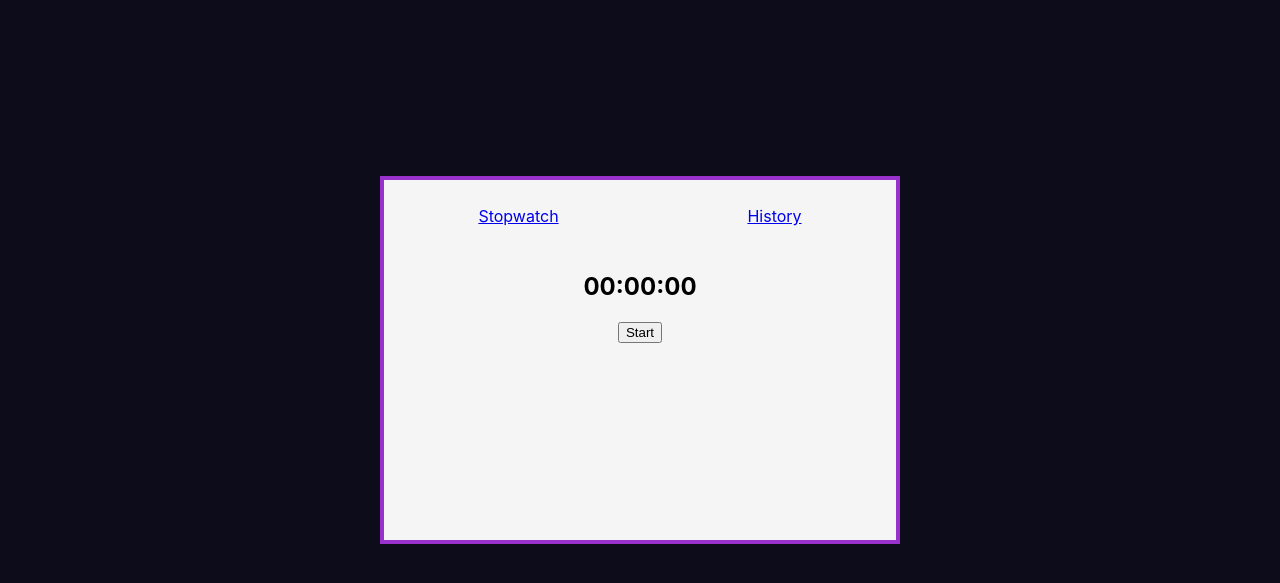
Repository: NicolasRSJ/fastdoubleclick
Page: /
The author's editor kept a copy of each file at every save. The page is drawn from the files as they stood at one save, then again after the next save.
The browser window is 1280 px wide. The pictures show the whole page.
The project was rebuilt for these pictures with package versions that can differ from the ones it lists, and the page was loaded fresh each time.

Above is the page before, as saved 2022-10-27 20:27:08.

After the next save:
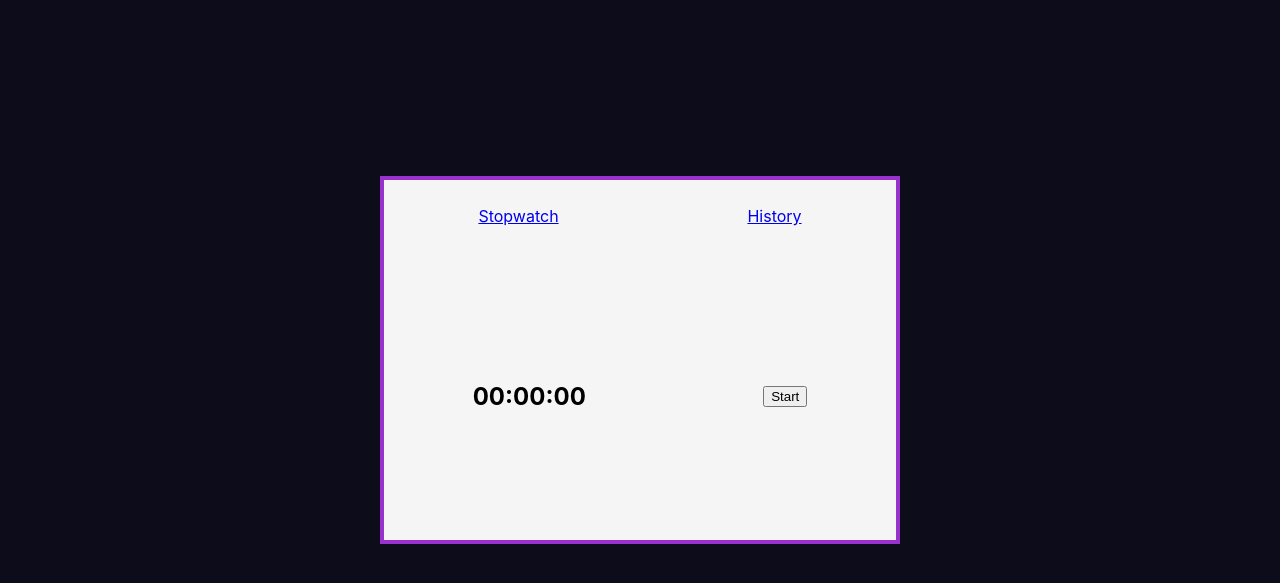
Saved 94 s later.
--- a/src/Views/Stopwatch/Index.css
+++ b/src/Views/Stopwatch/Index.css
@@ -14,3 +14,11 @@
     align-items: center;
     justify-content: space-around;
 }
+
+.contents {
+    width: 100%;
+    height: 80%;
+    display: flex;
+    align-items: center;
+    justify-content: space-around;
+}
